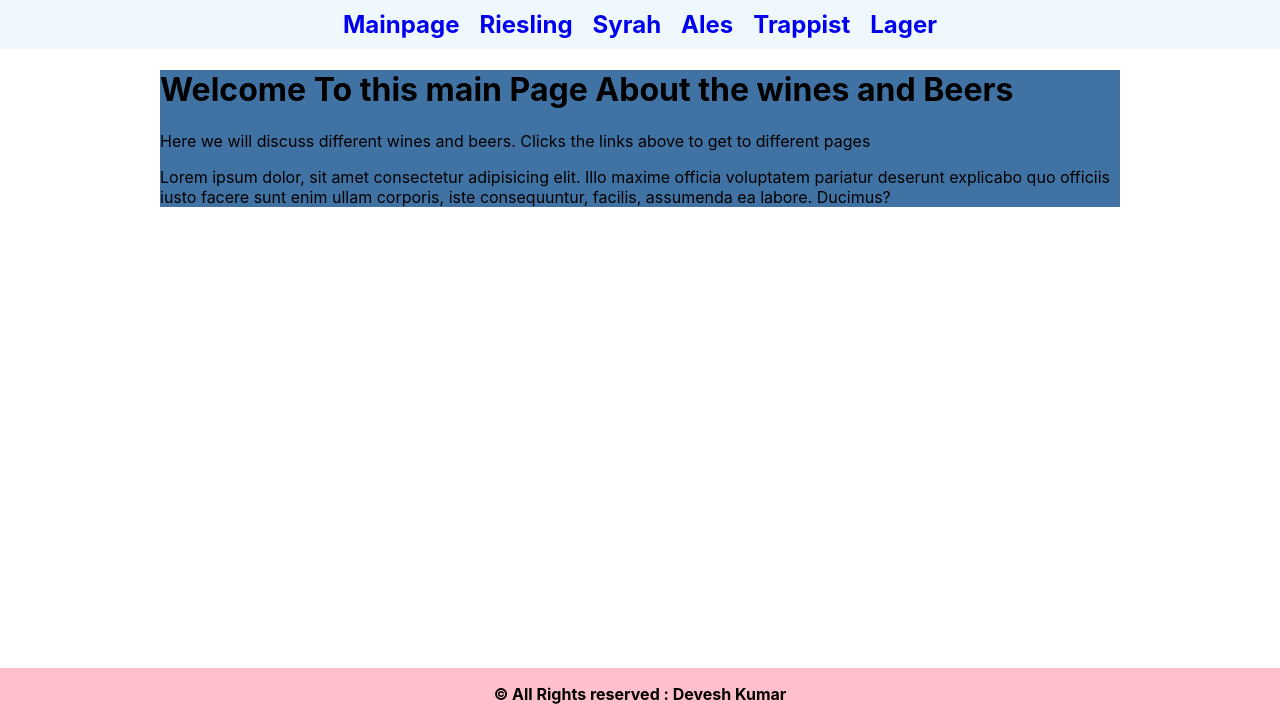
Repository: portretrieve/react-practice
Page: /
The author's editor kept a copy of each file at every save. The page is drawn from the files as they stood at one save, then again after the next save.
The browser window is 1280 px wide. The pictures show the whole page.
The project was rebuilt for these pictures with package versions that can differ from the ones it lists, and the page was loaded fresh each time. Also part of the build but not shown: src/wines/Riesling.js, src/wines/Syrah.js, src/beers/Ale.js, src/beers/Lager.js, src/beers/Trappist.js.

Above is the page before, as saved 2021-08-26 19:49:07.

After the next save:
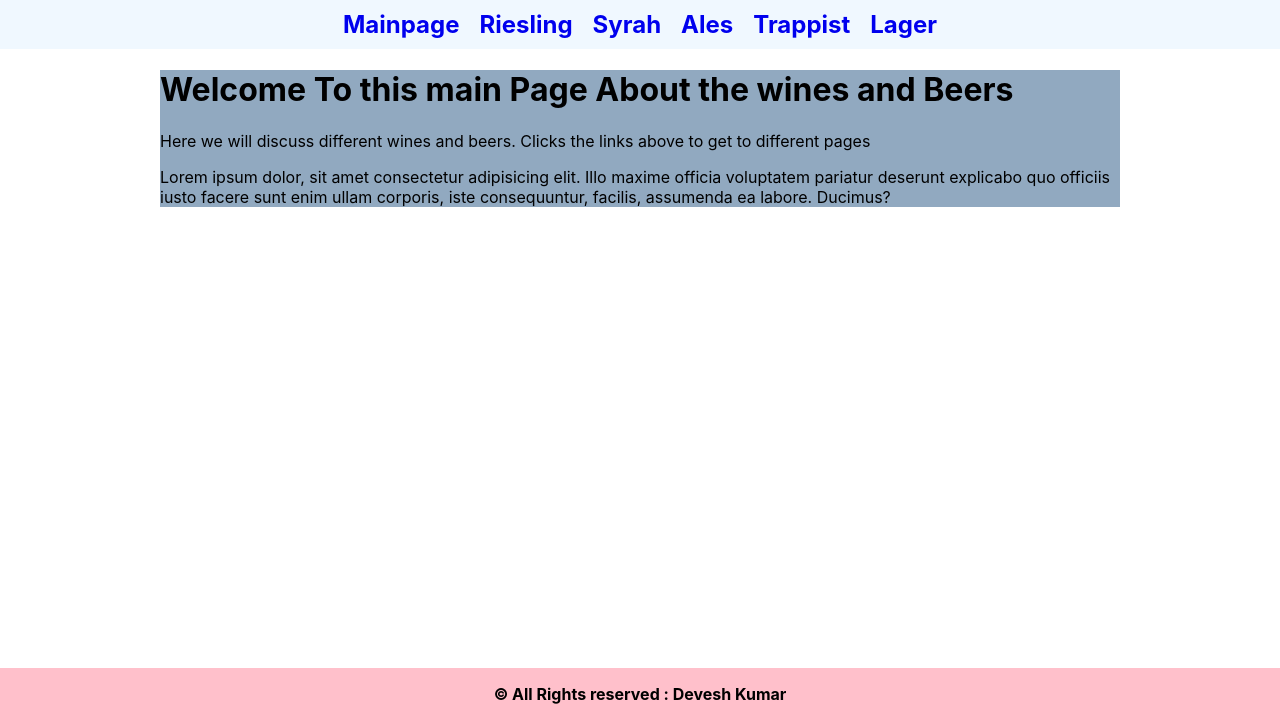
Saved 10 s later.
--- a/src/Util/centerContent.module.css
+++ b/src/Util/centerContent.module.css
@@ -2,5 +2,5 @@
     max-width: 960px;
     width: 80%;
     margin: 0 auto;
-    background-color: rgb(64, 115, 163);
+    background-color: rgb(145, 169, 192);
 }
